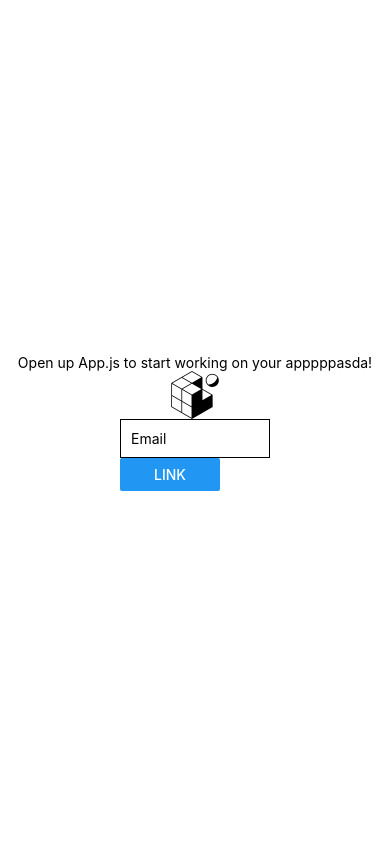
Repository: ntu34543/ReactNativeAndroid
Screen: /
An editor plug-in stored every save of this project. The screen is shown before and after the next save, followed by the edit.
The app was drawn by React Native's web renderer in a window 390 px wide. The project was rebuilt for these pictures with package versions that can differ from the ones it lists, and the page was loaded fresh each time.

Above is the screen before, as saved 2022-09-23 16:33:50.

After the next save:
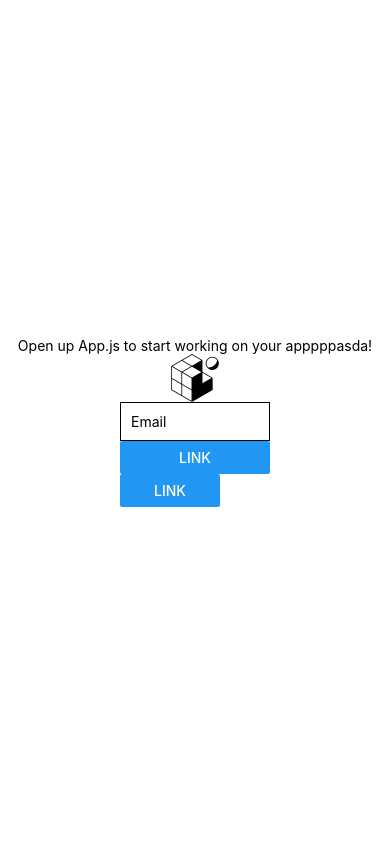
Saved 16 s later.
--- a/App.js
+++ b/App.js
@@ -9,6 +9,7 @@ export default function App() {
       <View style={styles.body}>
         <View>
           <TextInput style={styles.TextInput} placeholder="Email" />
+          <Button title="Link" />
         </View>
         <View style={styles.btn}>
           <Button title="Link" />
